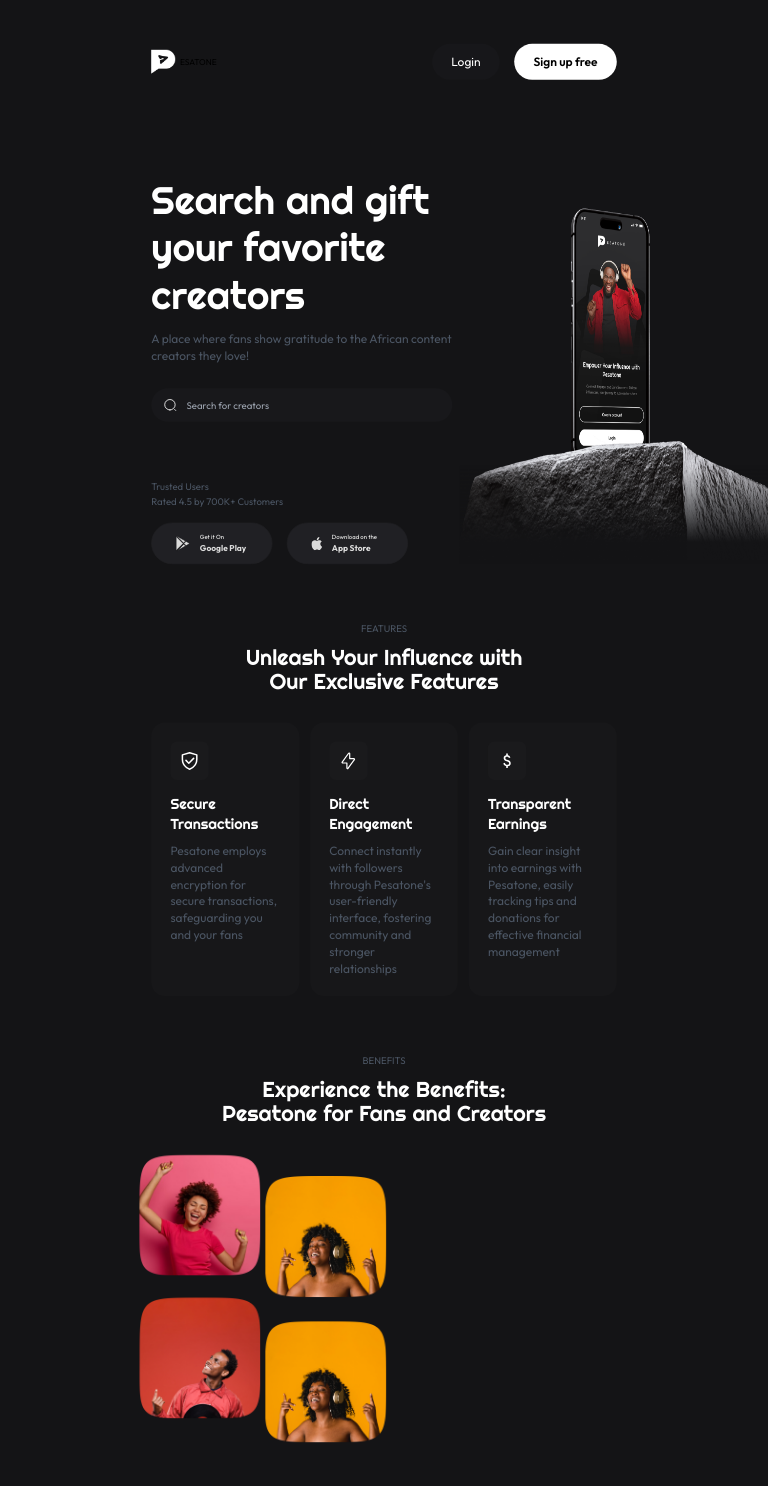
Repository: felixdusengimana/capstone-project-mirror
Page: / (app in frontend/)
These files come from the project's save history. The page is drawn as it stood at one moment and after the next save; the edit follows.
The browser window is 1280 px wide. The pictures show the whole page, at 60% of full size.
The project was rebuilt for these pictures with package versions that can differ from the ones it lists, and the page was loaded fresh each time. The framework's server and built-in components were replaced by stand-ins that run in the browser. Also part of the build but not shown: frontend/next.config.mjs.

Above is the page before, as saved 2024-03-11 15:16:25.

After the next save:
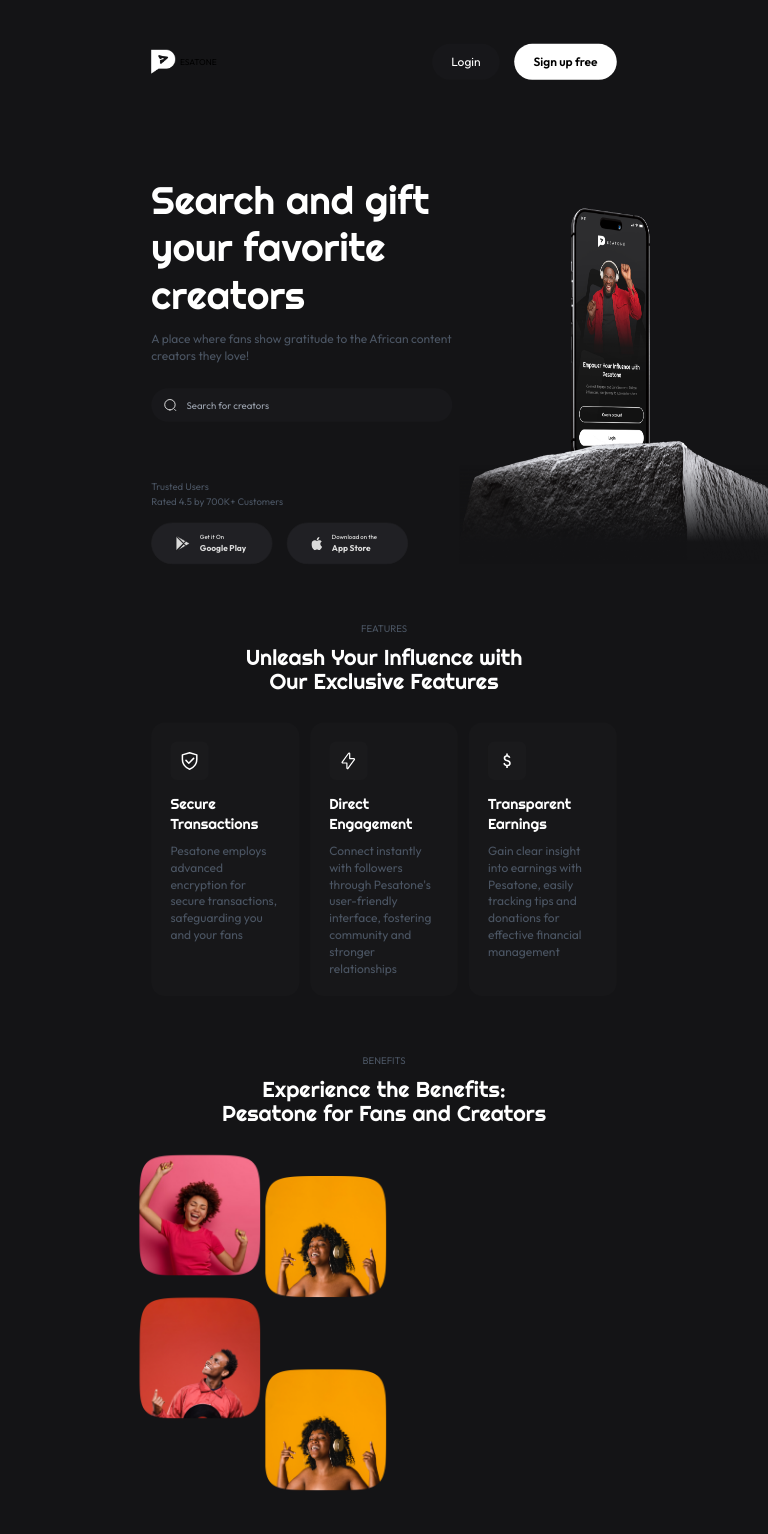
Saved 15 s later.
--- a/frontend/app/page.tsx
+++ b/frontend/app/page.tsx
@@ -70,7 +70,7 @@ export default function page() {
               src={"/profiles/profile4.png"}
               size="2xl"
               circle={false}
-              className="mt-[40px]"
+              className="mt-[120px]"
             />
           </div>
           <div></div>
